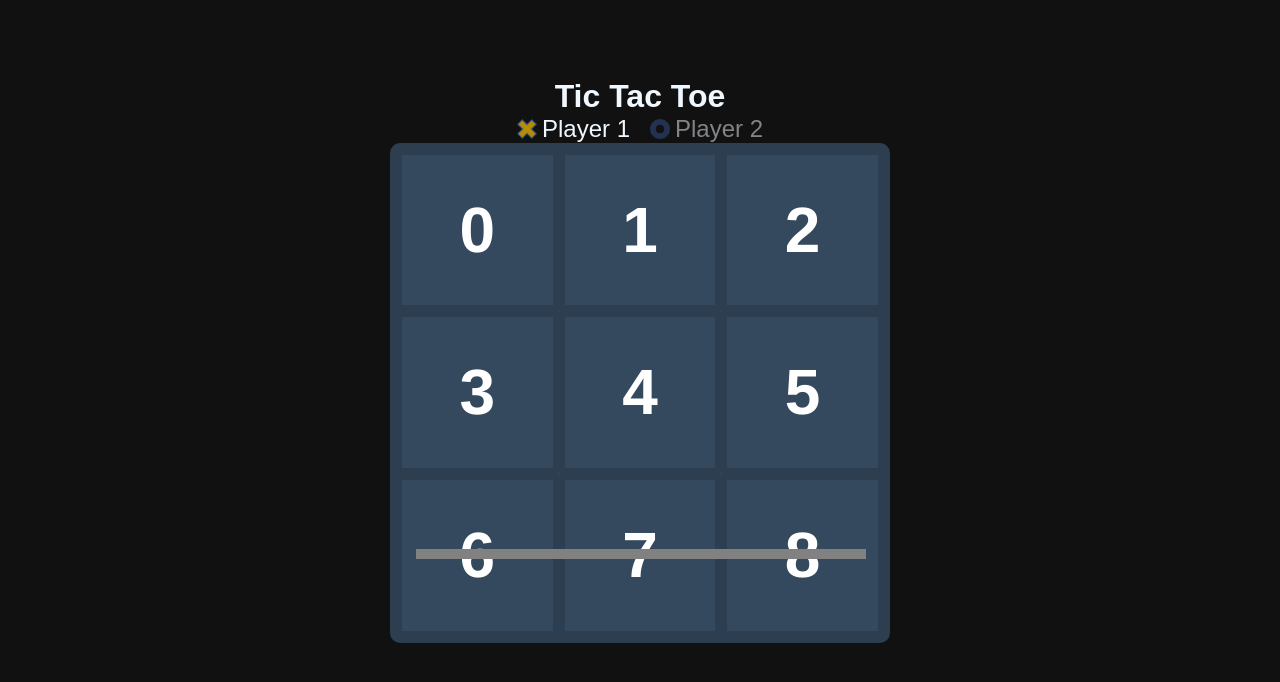
Repository: richardlieknis/tictactoe
Page: index.html
The author's editor kept a copy of each file at every save. The page is drawn from the files as they stood at one save, then again after the next save.
The browser window is 1280 px wide. The pictures show the whole page.

Above is the page before, as saved 2022-12-08 16:20:41.

After the next save:
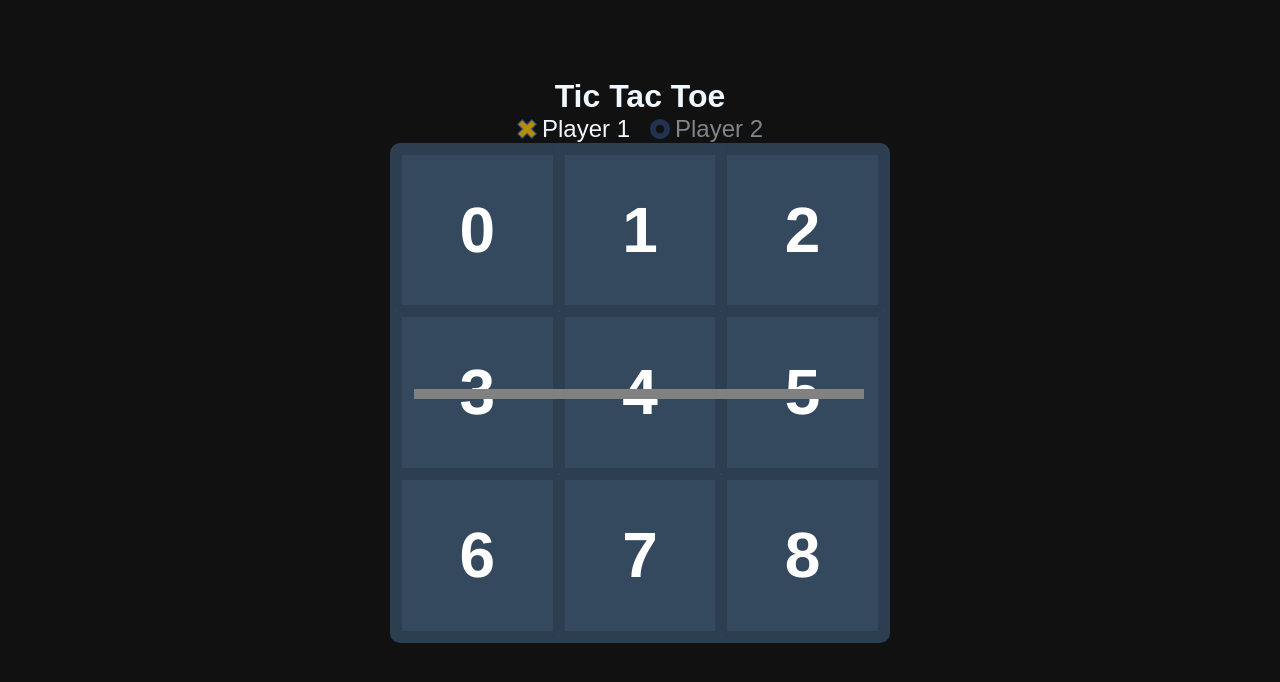
Saved 8 s later.
--- a/css/style.css
+++ b/css/style.css
@@ -83,6 +83,6 @@
     transform: rotate(90deg) scaleX(0);
 }
 
-#line2 {
+#line4 {
     transform: scaleX(1) !important;
 }
